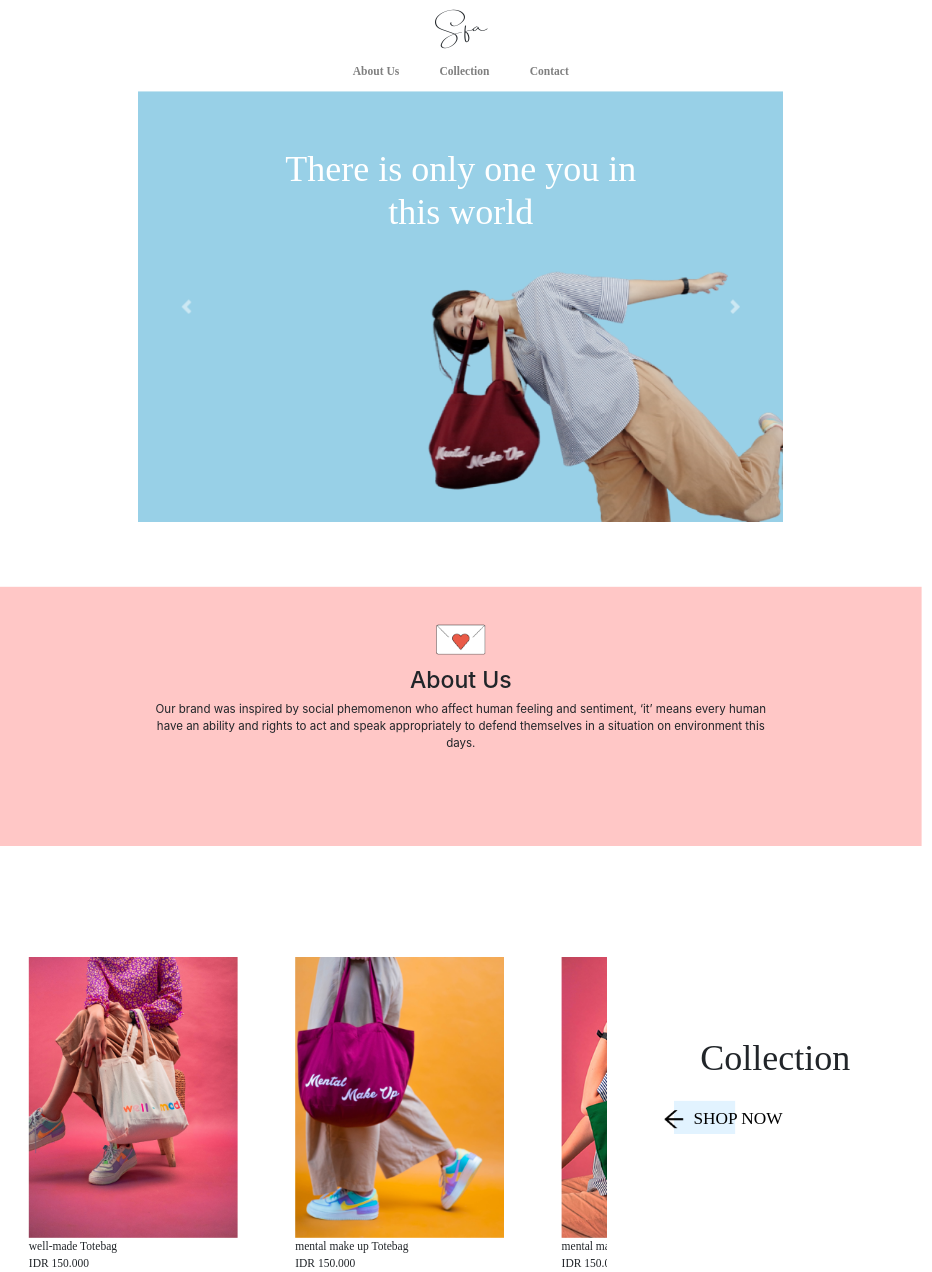
Repository: bismowibi/savoir
Page: index.html
The author's editor kept a copy of each file at every save. The page is drawn from the files as they stood at one save, then again after a run of saves.
The browser window is 1280 px wide. The page is 1295 px wide, so the pictures cover 1295 px, including what lies to the right of the window. The pictures show the whole page, at 72% of full size.
Some web libraries are served in a nearby version.

Above is the page before, as saved 2020-04-04 03:22:22.

### index.html
<!doctype html>
<html lang="en">

<head>
  <title>Title</title>
  <!-- Required meta tags -->
  <meta charset="utf-8">
  <meta name="viewport" content="width=device-width, initial-scale=1, shrink-to-fit=no">
  <!-- Internal CSS -->
  <link rel="stylesheet" href="style.css">
  <!-- Bootstrap CSS -->
  <link rel="stylesheet" href="https://stackpath.bootstrapcdn.com/bootstrap/4.3.1/css/bootstrap.min.css"
    integrity="sha384-ggOyR0iXCbMQv3Xipma34MD+dH/1fQ784/j6cY/iJTQUOhcWr7x9JvoRxT2MZw1T" crossorigin="anonymous">
  <!-- Icon -->
  <script src="https://kit.fontawesome.com/c5d0666ee9.js" crossorigin="anonymous"></script>
</head>

<body>

  <!-- Optional JavaScript -->
  <!-- jQuery first, then Popper.js, then Bootstrap JS -->
  <script src="https://code.jquery.com/jquery-3.3.1.slim.min.js"
    integrity="sha384-q8i/X+965DzO0rT7abK41JStQIAqVgRVzpbzo5smXKp4YfRvH+8abtTE1Pi6jizo" crossorigin="anonymous">
  </script>
  <script src="https://cdnjs.cloudflare.com/ajax/libs/popper.js/1.14.7/umd/popper.min.js"
    integrity="sha384-UO2eT0CpHqdSJQ6hJty5KVphtPhzWj9WO1clHTMGa3JDZwrnQq4sF86dIHNDz0W1" crossorigin="anonymous">
  </script>
  <script src="https://stackpath.bootstrapcdn.com/bootstrap/4.3.1/js/bootstrap.min.js"
    integrity="sha384-JjSmVgyd0p3pXB1rRibZUAYoIIy6OrQ6VrjIEaFf/nJGzIxFDsf4x0xIM+B07jRM" crossorigin="anonymous">
  </script>

  <section id="title">
    <div class="container-fluid">

      <!-- Header-logo -->
      <header id="site-header">
        <h5>Sfa</h5>
      </header>

      <!-- Navigation Bar -->
      <nav class="navbar navbar-expand-lg navbar-light">
        <a class="navbar-brand d-block d-sm-block d-md-bock d-lg-none navbar-right" style="float: none;"
          href="#">Sfa</a>

        <!-- Navbar Collapse Button -->
        <button class="navbar-toggler" type="button" data-toggle="collapse" data-target="#navbarTogglerDemo02"
          aria-controls="navbarTogglerDemo02" aria-expanded="false" aria- label="Toggle navigation">
          <span class="navbar-toggler-icon"></span>
        </button>

        <!-- Navbar Menu -->
        <div class="collapse navbar-collapse" id="navbarTogglerDemo02">
          <ul class="navbar-nav mx-auto">
            <li class="nav-item"><a class="nav-link" href="">About Us</a></li>
            <li class="nav-item"><a class="nav-link" href="">Collection</a></li>
            <li class="nav-item"><a class="nav-link" href="">Contact</a></li>
          </ul>
      </nav>
  </section>

  <!-- Home  -->
  <section id="home">
    <!-- <div class="container"> -->
    <div id="carouselExampleControls" class="carousel slide" data-ride="carousel" data-interval="0">
      <div class="carousel-inner">
        <!-- Card 1  -->
        <div class="carousel-item active">
          <div class="row card-1">
            <div class="col-lg-12">
              <h2 class="text-center">There is only one you in <br>this world</h2>
            </div>
            <div class="col-lg-12">
              <img class="img-card-1" src="/Photos/card-1.png" alt="">
            </div>
          </div>
        </div>
        <!-- Card 2  -->
        <div class="carousel-item">
          <div class="row card-2">
            <div class="col-lg-6">
              <img class="img-card-2" src="/Photos/card-2.png" alt="">
            </div>
            <div class="col-lg-6">
              <h2>Chic and <br>Colourful</h2>
            </div>
          </div>
        </div>
        <!-- Card 3 -->
        <div class="carousel-item">
          <div class="row card-3">
            <div class="col-lg-6">
              <h2>Savoir Faire Attache</h2>
            </div>
            <div class="col-lg-6">
              <img class="img-card-3" src="/Photos/card-3.png" alt="">
            </div>
          </div>
        </div>
        <!-- Card 4 -->
        <div class="carousel-item">
          <div class="row card-4">
            <div class="col-lg-6">
              <h2>Grab yours now!</h2>
            </div>
            <div class="col-lg-6">
              <img class="img-card-4" src="/Photos/card-4-n.png" alt="">
            </div>
          </div>
        </div>
      </div>
      <!-- Button Slider  -->
      <a class="carousel-control-prev" href="#carouselExampleControls" role="button" data-slide="prev">
        <span class="carousel-control-prev-icon" aria-hidden="true"></span>
        <span class="sr-only">Previous</span>
      </a>
      <a class="carousel-control-next" href="#carouselExampleControls" role="button" data-slide="next">
        <span class="carousel-control-next-icon" aria-hidden="true"></span>
        <span class="sr-only">Next</span>
      </a>
    </div>
    </div>
  </section>

  <section id="about-us">
    <div class="container-fluid">
      <div class="row text-center">
        <div class="col-about col-lg-12 ">
          <img class="love-letter" src="/Photos/love-letter.png" alt="">
        </div>
        <div class="col-lg-12 text-center">
          <h2>About Us</h2>
          <p class="">Our brand was inspired by social phemomenon who affect human feeling and sentiment, ‘it’ means every human have an ability and rights to act and speak appropriately to defend themselves in a situation on environment this days. </p>
        </div>
      </div>
    </div>
    </div>
  </section>


  <!-- Collection -->
  <section id="collection">
    <!-- Scroling -->
    <div class="row scrolling-row">
      <div class="col-lg-8 sm-12">
        <div class="scrolling-wrapper-flexbox">
          <div class="card">
            <img src="/Photos/img-collect-1.png" alt="">
            <span>well-made Totebag <br>IDR 150.000<span>
          </div>
          <div class="card">
            <img src="/Photos/img-collect-2.png" alt="">
            <span>mental make up Totebag <br>IDR 150.000<span>
          </div>
          <div class="card">
            <img src="/Photos/img-collect-3.png" alt="">
            <span>mental make up Totebag <br>IDR 150.000<span>
          </div>
          <div class="card">
            <img src="/Photos/img-collect-4.png" alt="">
            <span>amore Totebag <br>IDR 150.000<span>
          </div>
        </div>
      </div>
      <div class="shop-now col-lg-4 sm-12">
        <h1 class="text-center">Collection</h1>
        <div class="arrow">
          <img class="img-arrow" src="/Photos/arrow-biru.png" alt="">
          <a href="https://linktr.ee/savoirfaire_attache" target="_blank">
            <h4> SHOP NOW</h4>
          </a>
        </div>

      </div>
      </di>

  </section>













</body>

</html>

### style.css
/* Header - Logo */
#site-header {
    text-align: center;
    padding-top: 2%;
    font-family: "BeautyDream";
    font-size: 4rem;
}

#site-header h5 {
    font-size: 2rem;
}



/* Home Card Background */
.card-1 {
    background-color: #98D0E7;
}

.card-2 {
    background-color: #D54C63;
}

.card-3 {
    background-color: #FECF70;
}

.card-4 {
    background-color: #F7E6D8;
}

/* Home */
#home {
    padding: 0% 15% 7%;
}

#carouselExampleControls h2 {
    font-family: "Futura";
    font-size: 50px;
    position: relative;
}

/* Card 1  */
.img-card-1 {
    position: relative;
    left: 35%;
    height: 470px;
}

.card-1 h2 {
    top: 60%;
    color: white;
}

/* Card 2 */
.img-card-2 {
    position: relative;
    left: 25%;
}

.card-2 h2 {
    color: #ffff;
    top: 40%;
    left: 10%;
}

/* Card 3 */
.card-3 h2 {
    color: #9C7C62;
    top: 35%;
    left: 23%;
}

/* Card-4 */
.card-4 h2 {
    left: 30%;
    top: 20%;
    color: #D54C63;
}

.img-card-4{

}
/* About Us */
#about-us {
    background-color: #FFC7C6;
    height: 360px;
    /* text-align: center; */
    padding: 3% 15% 3%;
}

.col-about h2 {
    font-size: 50px;
}


/* Collection */

#collection {
    padding-top: 12%;
    font-family: "GTWalsheimProRegular";
}

.scrolling-wrapper-flexbox {
    display: flex;
    flex-wrap: nowrap;
    overflow-x: auto;


}

.scrolling-wrapper-flexbox::-webkit-scrollbar {
    display: none;

}


.card {
    flex: 0 0 auto;
    /* height: 290px;
    width: 390px; */
    margin-left: 40px;
    margin-right: 40px;
    border: none !important;

}

#collection h1 {
    font-size: 50px;
    margin-top: 110px;

}

.arrow {
    margin-left: 45px;
    margin-top: 30px;

}

.arrow h4 {
    left: 24%;
    position: absolute;
    top: 48%;
}

#collection a {
    color: black;
}

#collection a:hover {
    color: #d24967;
}






/* Mobile Version */
@media only screen and (max-width:990px) {
    #site-header {
        display: none;
    }
}

/* Navigation Bar */
.navbar-nav>li {
    padding-left: 20px;
    padding-right: 20px;
    font-family: "GTWalsheimProRegular";
    font-weight: bold;
}

.navbar-brand {
    font-family: "BeautyDream";
    font-size: 2.5rem !important;
}



@media only screen and (max-width:990px) {
    #home {
        padding: 0 0 0 0 !important;
    }

    /* Heading 2 Mobile */
    #carouselExampleControls h2 {
        font-size: 30px;
        justify-content: center;
        display: flex;
        flex-direction: column;
        left: 27%;
    }

    /* Card 1 Mobile */
    .img-card-1 {
        height: 448px;
        position: relative;
        left: 4%;

    }

    /* Card 2 Mobile */
    .img-card-2 {
        position: relative;
        top: 30%;
        left: 10%;
        width: 80%;
    }

    .card-2 h2 {
        top: -490%
    }

    /* Card 3 Mobile */
    .card-3 h2 {
        top: 70% !important;
    }

    .img-card-3 {
        width: 80%;
        position: relative;
        left: 10%;
        top: 7%;

    }

    /* Card 4 Mobile */
    .img-card-4 {
        width: 81.5%;
        left: 10%;
        position: relative;
        top: 5%;
    }

    .card-3 h2 {

        top: 45%;
    }


    /* About Us Mobile Ver */
    #about-us {
        margin-top: 20%;
        padding-left: 0%;
        padding-right: 0%;
    }

    #about-us h2 {
        font-size: 30px;
    }

    #about-us p {
        font-size: 13px;
    }

    /* Collection  Mobile Ver*/
    #collection {
        padding-top: 20%;
    }

    #collection h1 {
        font-size: 30px;
        margin-top: 0;

    }

    .arrow h4 {
        font-size: 15px;
        ;
        left: 30%;

    }

    .scrolling-row {
        display: flex;
        flex-direction: column-reverse;
    }

    .img-arrow {
        left: 5%;
        position: relative;
        margin-bottom: 13%;
    }
}

}

/* Font  */



@font-face{

    font-family: 'GTWalsheimProRegular';
    src: url('Font/GT Walsheim Pro Medium.eot');
    src: url('Font/GT Walsheim Pro Medium.eot?#iefix') format('embedded-opentype'),
         url('Font/GT Walsheim Pro Medium.woff2') format('woff2'),
         url('Font/GT Walsheim Pro Medium.woff') format('woff'),
         url('Font/GT Walsheim Pro Medium.svg#GTWalsheimProMedium') format('svg');
    font-weight: normal;
    font-style: normal;

    }


@font-face {

    font-family: 'BeautyDream';
    src: url('Font/Beauty-Dream.eot');
    src: url('Font/Beauty-Dream.eot?#iefix') format('embedded-opentype'),
         url('Font/Beauty-Dream.woff2') format('woff2'),
         url('Font/Beauty-Dream.woff') format('woff'),
         url('Font/Beauty-Dream.svg#Beauty-Dream') format('svg');
    font-weight: normal;
    font-style: normal;

    }

After the next 15 saves:
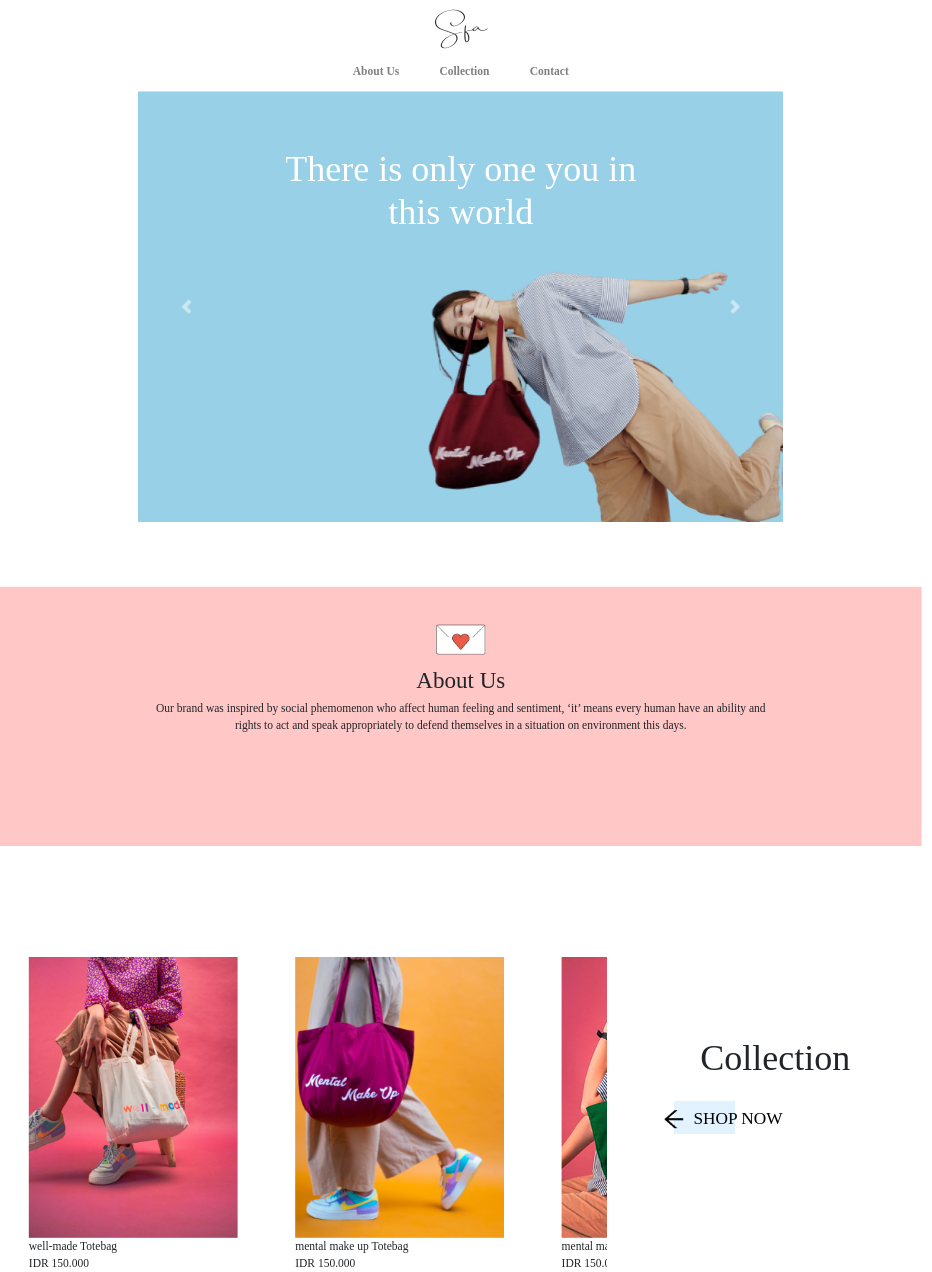
The 15 saves are shown as one change because they came seconds apart.
The last was saved 98 s later.
--- a/style.css
+++ b/style.css
@@ -87,6 +87,7 @@
     height: 360px;
     /* text-align: center; */
     padding: 3% 15% 3%;
+    font-family: "GTWalsheimProRegular";
 }
 
 .col-about h2 {
